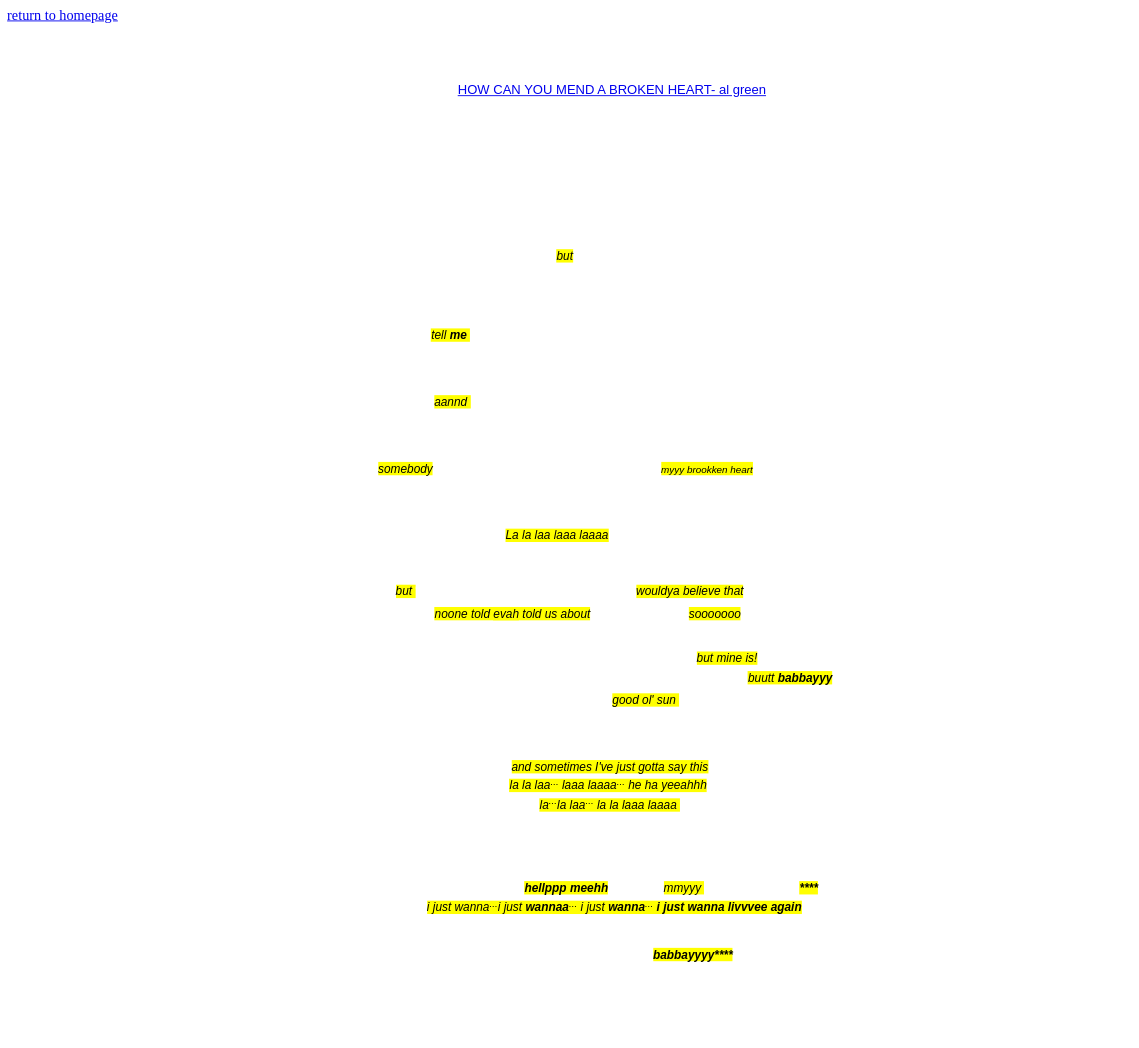
Repository: bradk647/bradk647.github.io
Page: HW.html
The author's editor kept a record of every edit. The page is drawn from the files as they stood at one moment, then again after the next edit.
The browser window is 1280 px wide. The pictures show the whole page, at 89% of full size.

Above is the page before.

### HW.html
<html>
    <head>
        <title>Work</title>
    </head>

         <!--<h2 style="color:#FFFFFF;margin-left:80px;font-family:Arial, Helvetica, sans-serif;font-size:30pt;"> <br /> LAB_</h2>-->
         <!--<body style="background-color:#1A1A1A">-->

         <!--<p style="color:#757575;margin-left:80px;font-family:Arial, Helvetica, sans-serif;font-size:10pt;"> -->
         <!--<em>my_composition</em><br /><br />-->


          <a href="../index.html">return to homepage</a>
          </p>


     <body>
    <br /><br />
        <center>
        <p style="color:white;margin-left:95px;font-size:11pt;font-family:Arial, Helvetica, sans-serif"><a href="https://www.youtube.com/watch?v=UgAFcvIw8J4">HOW CAN YOU MEND A BROKEN HEART- al green  </a></p><br /><br /><br />

        <p style="color:white;line-height:1.2em;font-size:10pt;font-family:Arial, Helvetica, sans-serif">
    <sup>......//......//......//......//......//......//<sub><sub>>>>>></sub>......//......//......//</sub><strong>****</strong>......//......//<strong>****<strong>****</strong></strong><sub>......//......//<sub>>>>>></sub>......//</sup><sub>>>>>></sub><sub>^^^^^</sub><sub>^^^^^</sub><br /><br />
    <strong></strong>i</strong> <small>can think of younger dayyss</small><sup>......//</sup><strong>when</strong> living for my life<sup>......//</sup><br />
    <strong>was</strong> everything<sup>......//</sup> <small>a man could want to do</small><sup>......//</sup><br />
    <strong>i</strong><sup>...</sup> could<sup>..</sup> <small>nevveer seeee tooomoorrrow</small><sup>......//</sup> <mark><em>but</em></mark> <small>  i was never told</small><sup>...</sup> about the soorrooww<sup>......//</sup><br />
    <sup>......//......//......//</sup>>>>>>></sub><br />



    aaand<sup>...</sup> <strong>hoow</strong> <small>can you mend</small> a broken heeaart?<sup>......//</sup><br />
    <sup>......//</sup>how can you stop the <strong>rain</strong> from falling down?<sup>......//</sup><sub>>>>>></sub><br />
    <sup>......//</sup><mark><em>tell <strong>me </strong></em></mark>How can you stop<sup>......//</sup>the sun<sup>...</sup> from shining?<sup>......//</sup><br />
    what makes<sup>..</sup><small>the world</small><sup>..</sup> go round?<sup>......//</sup><br /><strong>****</strong><br /><br />
    <sup>......//</sup><mark><em>aannd </em></mark>How<sup>...</sup> <small>can you mend</small> a this broken maaannnn?<sup>......//</sup><br />
    <sup>......//</sup><small>how can a loooser</small> ever win?<sup>......//</sup><br /><br /><br />
    <em><mark>somebody</em></mark> <small>please help me</small><sup>...</sup> mend myyy brookken heart <mark><em><small>myyy brookken heart</small></em></mark><sup>...</sup><br /> andd let me live agaaiinn<sup>......//</sup><br />
    <br /><br />
    <mark><em>La la laa laaa laaaa</em></mark> <sup>......//</sup><br />
    <sup>......//</sup>i can still feel the breeze<sub>>>>>></sub>......// that <strong>rustles</strong> through the treeeees<sub>>>>>>></sub><br />
    <sup>......//</sup><strong>and</strong> misty memories... of days.. gone byyyyy<strong>****</strong><br />
    <mark><em>but </em></mark><strong>****</strong>We could never seee <small>tomooorrrrow</small><sub>>>>>></sub><mark><em>wouldya believe that</em></mark><br /> noone <mark><em>noone told <mark><em>evah</em></mark> told us about</em></mark> the sorrooww.<sup>......//</sup><mark><em>sooooooo</em></mark><br />
    </sup>>>>>>></sub><sup>......//......//......//</sup><strong>****</strong><strong>****</strong><sup>......//</sup><br />
        </p>

        <p style="color:white;margin-left:115px;line-height:1.2em;font-size:10pt;font-family:Arial, Helvetica, sans-serif">
    and how can you mend a broken heart? <mark><em>but mine is!</em></mark><br />
    <sup>......//</sup> <small>how can</small> you stop the raaiin... from falliinng down?<sub>>>>>></sub><sub>>>>>></sub><mark><em>buutt <strong>babbayyy</strong></em></mark><br />
    <sup>......//</sup><small>how can</small> you stop.. the sun <mark><em>good ol' sun </em></mark>from <strong>shininng?</strong> <sup>......//</sup><br /><br /><br />
    <sup>......//</sup> what makes the world goo round?<br />
    <mark><em>and sometimes I've just gotta say this</em></mark><sup>......//</sup><br />
    <mark><em>la la laa<sup>...</sup> laaa laaaa<sup>...</sup> he ha yeeahhh</em></mark> <sup>......//</sup><br/>
    <mark><em>la<sup>...</sup>la laa<sup>...</sup> la la laaa laaaa </em></mark> <sup>......//</sup><br/>
    <sup>......//</sup> <small>How can</small> you mend this broken man?<sup>......//</sup><br />
    how can a loser ever win?<br />
    </sup>>>>>>></sub><sup>......//......//......//</sup><strong>****</strong><strong>****</strong><sup>......//</sup><br />
        </p>

        <p style="color:white;margin-left:125px;line-height:1.2em;font-size:10pt;font-family:Arial, Helvetica, sans-serif">
    please help me<sup>...</sup> <mark><em><strong>hellppp meehh</strong></em></mark> mend my <mark><em>mmyyy </em></mark>broken heart <sup>......//</sup>
    <mark><em><strong>****</strong><br />i just wanna<sup>...</sup>i just <strong>wannaa</strong><sup>...</sup> i just <strong>wanna</strong><sup>...</sup> <strong>i just wanna livvvee again</strong></em></mark><sup>......//</sup><br /><br /><br />
    <sup>......//</sup><strong>****let me live again <mark><em>babbayyyy****</em></mark></strong><br /><br /><br />
    <sup>......//......//......//......//......//......//<sub><sub>>>>>></sub>......//......//......//</sub><strong>****</strong>......//......//<strong>****<strong>****</strong></strong><sub>......//......//<sub>>>>>></sub>......//</sup><sub>>>>>></sub><sub>^^^^^</sub><sub>^^^^^</sub><br />
    <sup>......//......//......//<sub><sub>>>>>></sub>......//......//</sub><strong>****</strong>......//......//<strong>****<strong>****</strong></strong><sub>......//......//<sub>>>>>></sub>......//</sup><sub>>>>>></sub><sub>^^^^^</sub><sub>^^^^^</sub><sub>>>>>></sub><br />
        </p>
        </center>


</body>

</html>

After the next edit:
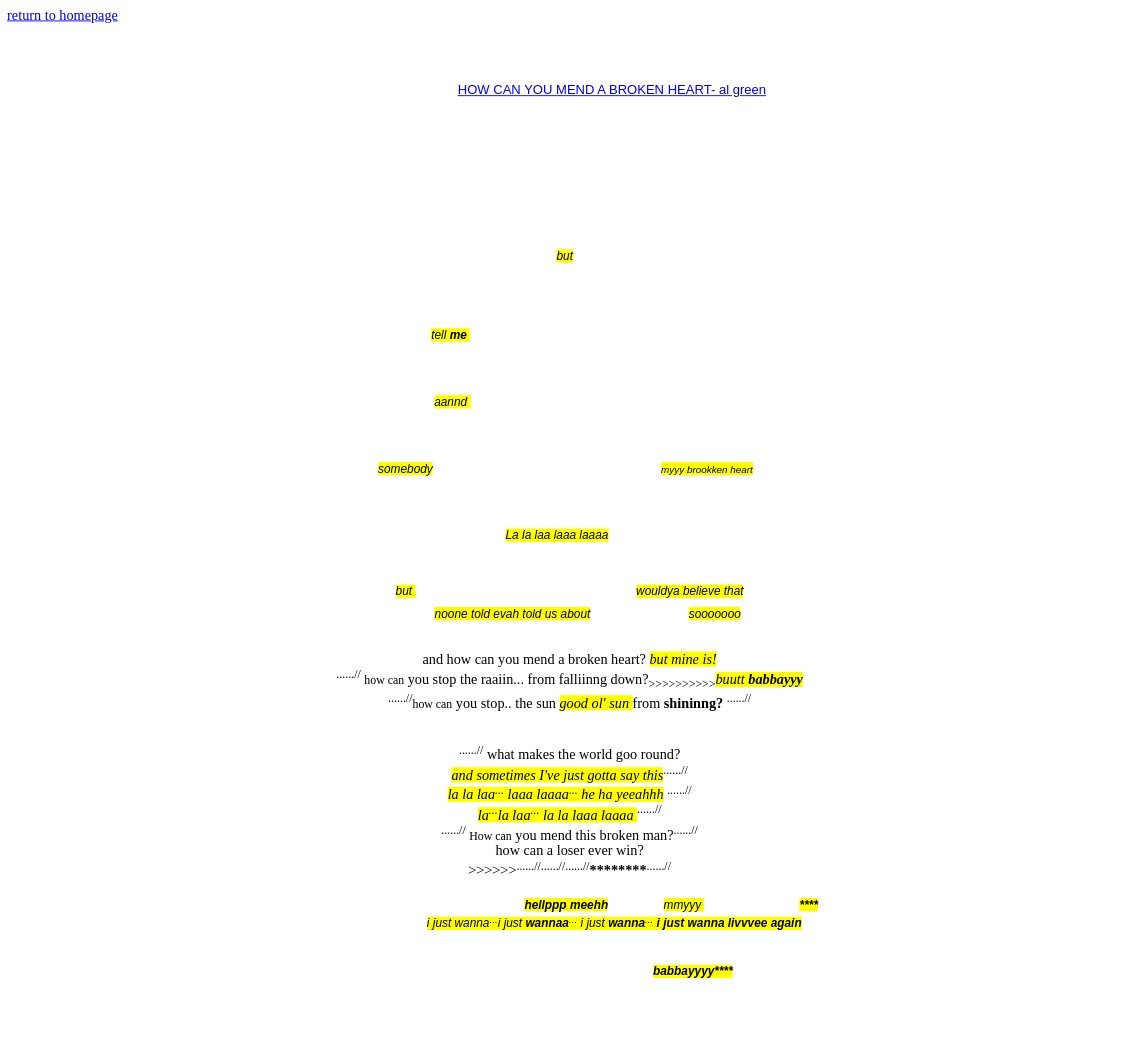
The edit:
--- a/HW.html
+++ b/HW.html
@@ -43,7 +43,7 @@
     </sup>>>>>>></sub><sup>......//......//......//</sup><strong>****</strong><strong>****</strong><sup>......//</sup><br />
         </p>
 
-        <p style="color:white;margin-left:115px;line-height:1.2em;font-size:10pt;font-family:Arial, Helvetica, sans-serif">
+
     and how can you mend a broken heart? <mark><em>but mine is!</em></mark><br />
     <sup>......//</sup> <small>how can</small> you stop the raaiin... from falliinng down?<sub>>>>>></sub><sub>>>>>></sub><mark><em>buutt <strong>babbayyy</strong></em></mark><br />
     <sup>......//</sup><small>how can</small> you stop.. the sun <mark><em>good ol' sun </em></mark>from <strong>shininng?</strong> <sup>......//</sup><br /><br /><br />
